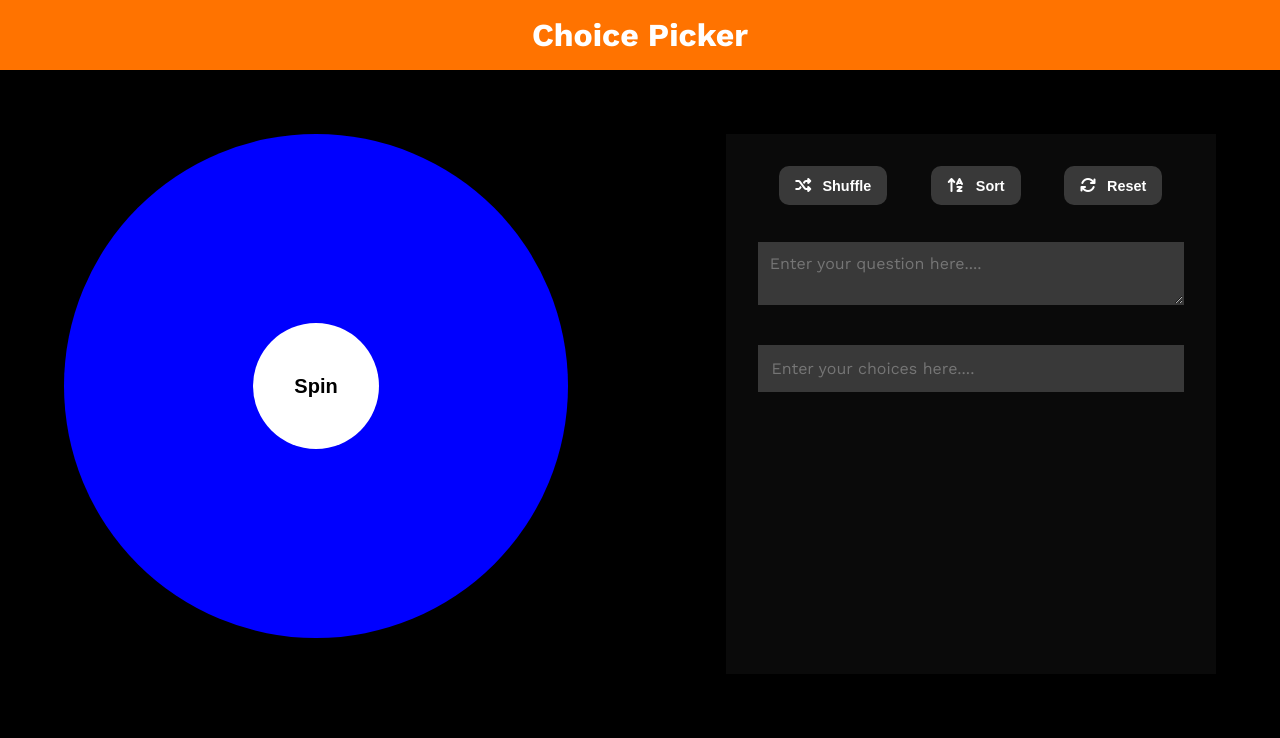
Repository: emiliaiwu/choice_wheel_spinner
Page: index.html
These files come from the project's save history. The page is drawn as it stood at one moment and after the next save; the edit follows.
The browser window is 1280 px wide. The pictures show the whole page.
Some web libraries are served in a nearby version.

Above is the page before, as saved 2023-01-10 04:34:50.

### index.html
<!DOCTYPE html>
<html lang="en">
<head>
    <meta charset="UTF-8">
    <meta http-equiv="X-UA-Compatible" content="IE=edge">
    <meta name="viewport" content="width=device-width, initial-scale=1.0">
    <script src="https://kit.fontawesome.com/fd9c36575f.js" crossorigin="anonymous"></script>
    <link rel="stylesheet" href="style.css">
    <script defer src="script.js"></script>
    <title>Choice Picker</title>
</head>
<body>
    <header>
        <h1>Choice Picker</h1>
    </header>
    <div class="container">
        <div class="choice_picker_container">
            <div class="choice_picker">
                <div class="wheel">
                    <button class="spin">
                        <h2>Spin</h2>
                    </button>
                </div>
            </div>
            <div class="choice_details">
                <div class="choice_style">
                    <button class="shuffle btn"><i class="fa-solid fa-shuffle"></i>Shuffle</button>
                    <button class="sort btn"><i class="fa-solid fa-arrow-up-a-z"></i>Sort</button>
                    <button class="reset btn"><i class="fa-solid fa-arrows-rotate"></i>Reset</button>
                </div>
                <div class="question">
                    <textarea name="question" id="question" placeholder="Enter your question here...."></textarea>
                </div>
                <div class="make_choices">
                    <input type="text" placeholder="Enter your choices here...." id="choices">
                    <!-- <textarea name="choices" id="choices" placeholder="Enter your choices here...."></textarea> -->
                </div>
                <div class="listed_choices">
                    <!-- <span class="choice">Berry</span>
                    <span class="choice">Berry question</span>
                    <span class="choice">Berry</span>
                    <span class="choice">Berry question</span>
                    <span class="choice">Berry</span>
                    <span class="choice">Berry question</span>
                    <span class="choice">Berry</span>
                    <span class="choice">Berry question</span> -->
                </div>
            </div>
        </div>
        <div class="display hidden">
            <div class="display_question">
                <p class="displayed_question">createElement() method creates the HTML element.</p>
                <i class="fa-solid fa-xmark"></i>
            </div>
            <div class="display_answer">
                <p class="picked_choice">Fatima</p>
            </div>
        </div>
    </div>
</body>
</html>

### style.css
@import url('https://fonts.googleapis.com/css2?family=Work+Sans:ital,wght@0,400;0,500;1,600;2,700&display=swap');

* {
    padding: 0;
    margin: 0;
    box-sizing: border-box;
}


body {
    background-color: #000000;
    font-family: 'Work Sans', sans-serif;
    max-width: 100vw;
    min-height: 100vh;
    color: #ffffff;

}

header {
    height: 70px;
    width: 100%;
    background-color:rgb(255, 115, 0);
}

header,
.spin,
.display_question i {
    display: flex;
    align-items: center;
    justify-content: center;

}

.container {
    padding: 5%;
}

.container,
.choice_picker {
    width: 100%;
    height: 100%;
}

.choice_picker_container {
    display: flex;
    align-items: flex-start;
    justify-content: space-evenly;
    /* gap: 2rem; */
}

.wheel {
    width: 70vmin;
    height: 70vmin;
    background-color: blue;
    border-radius: 50%;
    position: relative;
}

.spin {
    width: 25%;
    height: 25%;
    background-color: #FFFFFF;
    position: absolute;
    border-radius: 50%;
    top: 50%;
    left: 50%;
    transform: translate(-50%, -50%);
    outline: none;
    border: none;
    cursor: pointer
}


.choice_details {
    padding: 2rem;
    height: 75vh;
    width: 70%;
    background-color: #0a0a0a;
    display: flex;
    flex-direction: column;
    gap: 2rem;

}

.choice_style {
    display: flex;
    justify-content: space-around;
    align-items: center;
    /* margin-bottom: 2rem; */
}

.btn {
    cursor: pointer;
    padding: .7rem 1rem;
    font-size: .9rem;
    font-weight: 600;
    border-radius: 10px;
    background-color: #393939;
    border: none;
    color: #FFFFFF;
}

.fa-solid {
    margin-right: .7rem;
    font-size: 1rem;
}

label {
    font-weight: 600;
    font-size: 1.1rem;
}


textarea {
    padding: .7rem;
    width: 100%;
    font-size: 1rem;
    border: 1px solid #393939;
    outline: none;
    margin-top: .3rem;
    background-color: #393939;
    color: #FFFFFF;
    font-family: inherit;
}

input[type="text"] {
    padding: .8rem;
    width: 100%;
    font-size: 1rem;
    border: 1px solid #393939;
    outline: none;
    margin-top: .3rem;
    background-color: #393939;
    color: #FFFFFF;
    font-family: inherit;
}

.listed_choices {
    width: 100%;
    height: 100%;
}

.choice {
    display: inline-block;
    padding: .7rem 1rem;
    background-color: blueviolet;
    border-radius: 10px;
    margin: 0 5px 12px 5px;
}






/* DISPLAY ANSWER */
.hidden {
    display: none;
}

.display {
    position: absolute;
    width: 60%;
    border-radius: 15px;
    overflow: hidden;
    box-shadow: -11px 13px 14px -15px rgba(0,0,0,0.75);
    -webkit-box-shadow: -11px 13px 14px -15px rgba(0,0,0,0.75);
    -moz-box-shadow: -11px 13px 14px -15px rgba(0,0,0,0.75);
}

.display_question {
    height: 80px;
    background-color: rgb(32, 183, 105);
    padding: 2rem ;
    display: flex;
    justify-content: space-between;
    align-items: center;
}

.displayed_question {
    font-size: 1.2rem;
}

.display_question i {
    width: 30px;
    height: 30px;
    background-color: none;
    border-radius: 50%;
    transition: .3s ease;
    cursor: pointer

}

.fa-xmark{
    font-size: 1.2rem;
}

.display_question i:hover {
    background-color: #ffffff49;
}


.display_answer {
    height: 150px;
    background-color: #0a0a0a;
    display: flex;
    justify-content: center;
    align-items: center;
}

.picked_choice {
    font-size: 2rem;
}


@media only screen and (max-width: 600px) {
    .choice_picker_container {
        flex-direction: column;
        justify-content: center;
        align-items: center;
    }
}

### script.js
'use strict';


// Select elements
const questionTextArea = document.getElementById('question');
const choicesTextArea = document.getElementById('choices');
const choiceContainer = document.querySelector('.listed_choices');
const wheelColors = ['red', 'orange', 'yellow', 'green', 'blue', 'blueviolet'];
const wheel = document.querySelector('.wheel');

let choices;


const createChoiceTags = () => {
    const choice = document.createElement('span');
    choice.classList.add('choice');
    choice.innerText = choicesTextArea.value;
    choiceContainer.prepend(choice);
    choicesTextArea.value = '';
    console.log(choice);



}

const getNumberOfChoices = () => {
    choices = choiceContainer.children.length;
	return choices;
};



choicesTextArea.addEventListener('keydown', (e) => {
	if (e.key === 'Enter') {
        createChoiceTags();
        getNumberOfChoices();
	}
});

After the next save:
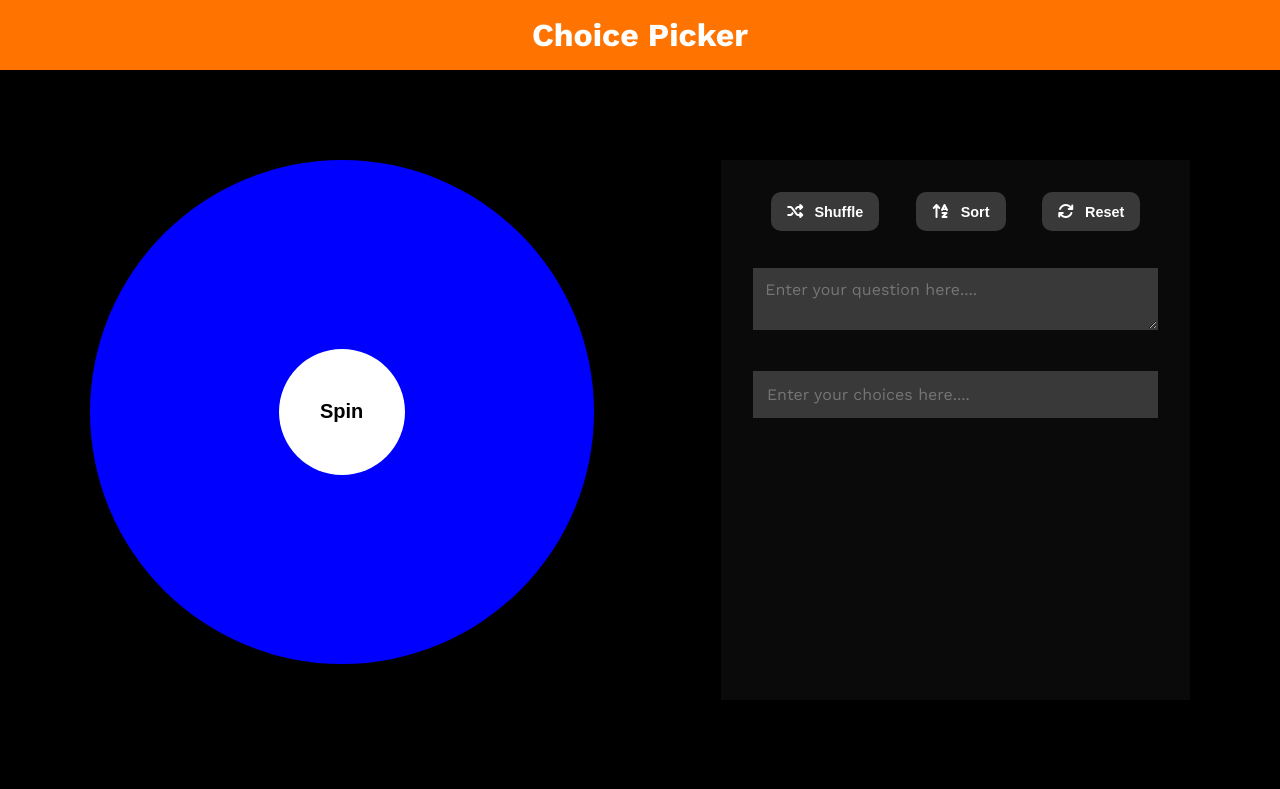
Saved 5 s later.
--- a/style.css
+++ b/style.css
@@ -32,7 +32,7 @@ header,
 }
 
 .container {
-    padding: 5%;
+    padding: 7%;
 }
 
 .container,
